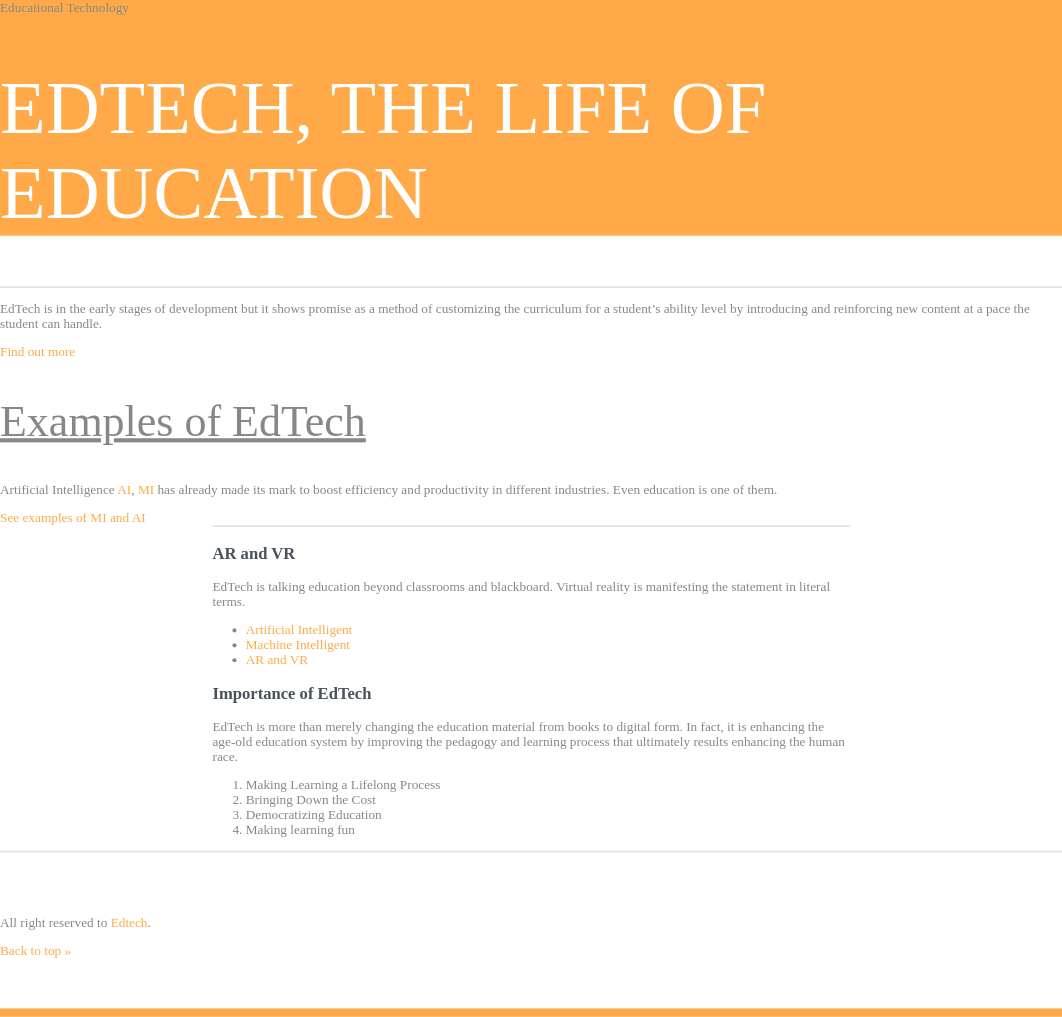
Repository: tunmishyi/edtech
Page: index.html
The author's editor kept a copy of each file at every save. The page is drawn from the files as they stood at one save, then again after the next save.
The browser window is 1280 px wide. The pictures show the whole page, at 83% of full size.

Above is the page before, as saved 2020-06-12 00:47:30.

After the next save:
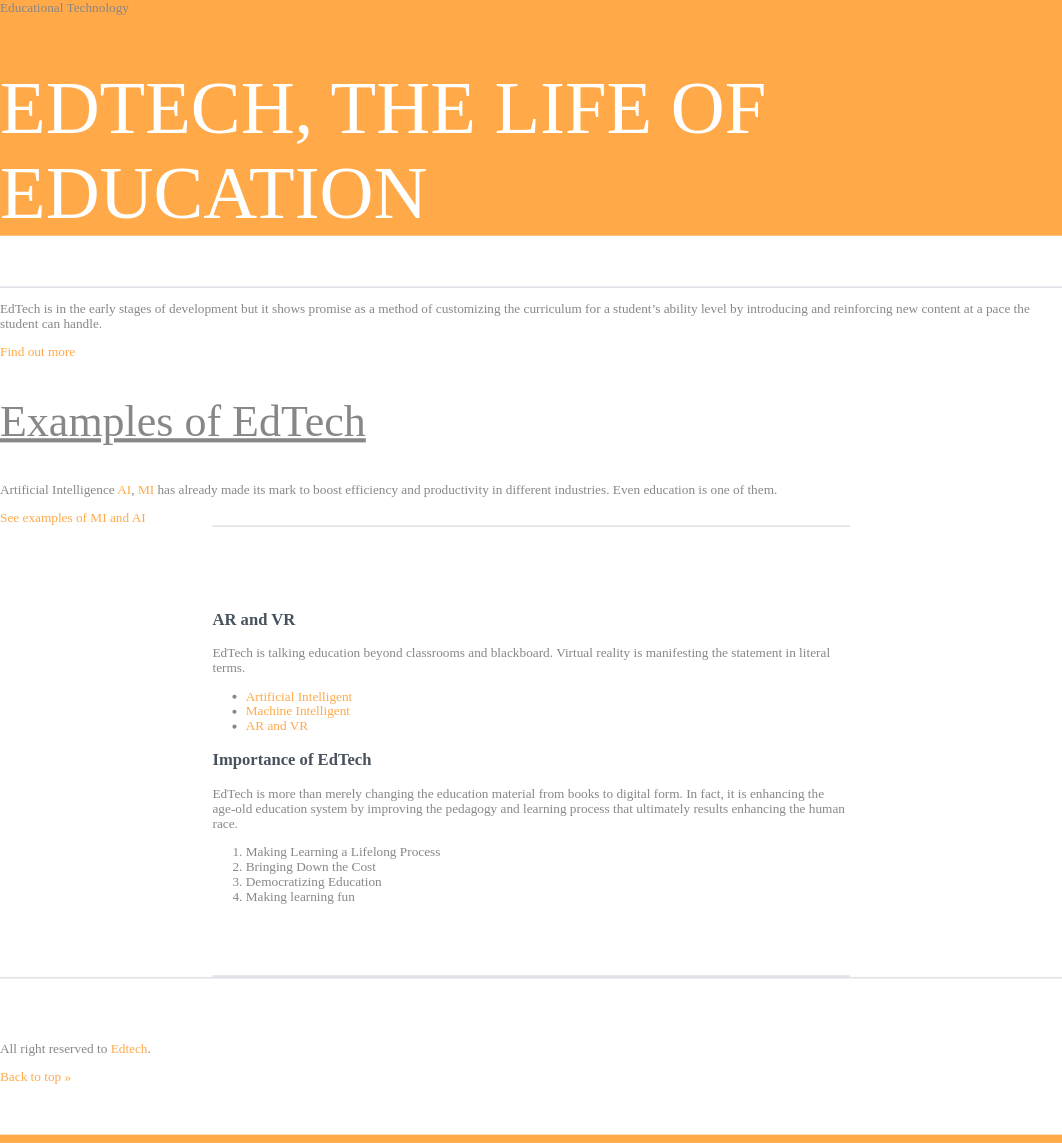
Saved 3 min 17 s later.
--- a/style.css
+++ b/style.css
@@ -45,11 +45,7 @@ h1 {
 
     /*ID Selectors */
 
-    #main-footer {
-        padding-top: 60px;
-        padding-bottom: 60px;
-        border-bottom: solid 10px #ffa949;
-    }
+
 
     /*Class Selectors */
 
@@ -60,6 +56,18 @@ h1 {
     .title {
         color: white;
         font-size: 1.625rem; /* 26px/16px  */
+    }
+
+    .secondary-content {
+        padding-top: 80px;
+        padding-bottom: 70px;
+        border-bottom: 2px solid #dfe2e6;
+    }
+
+    #main-footer {
+        padding-top: 60px;
+        padding-bottom: 60px;
+        border-bottom: 10px solid #ffa949;
     }
 
     .t-border {
